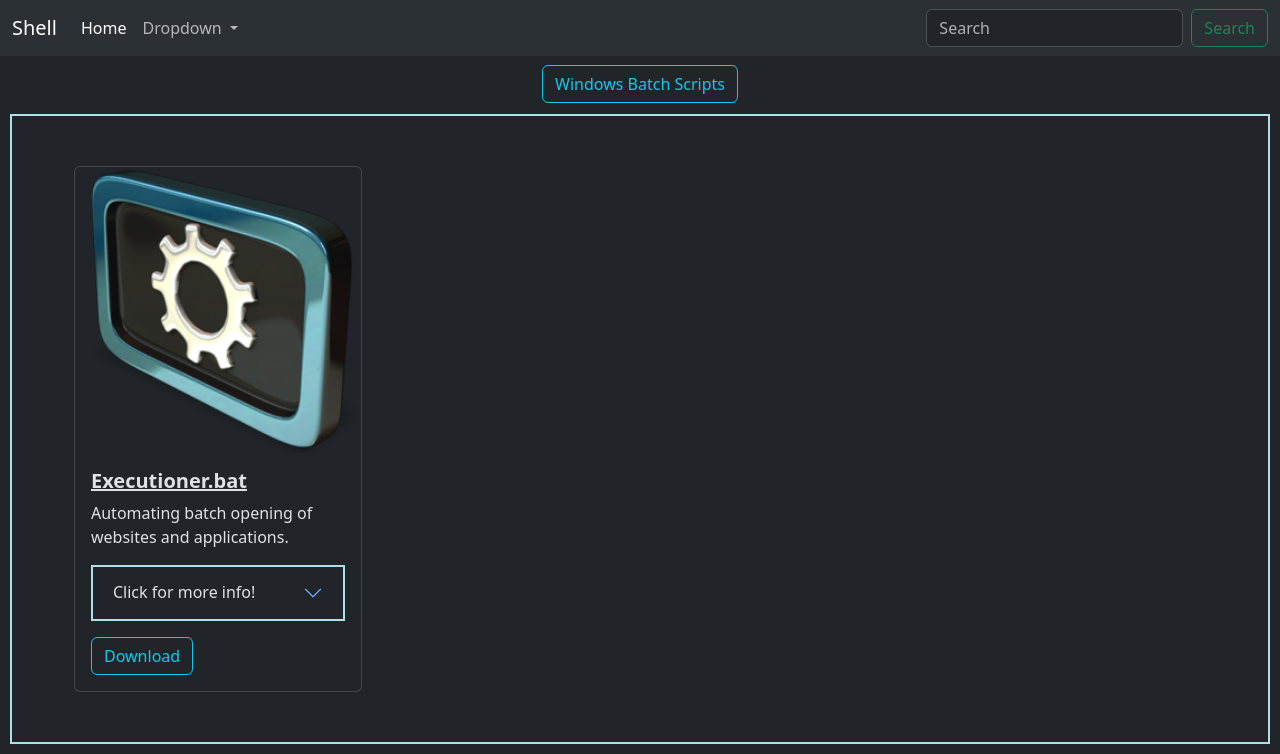
Repository: VictoriousMango/Archive
Page: index.html
An editor plug-in stored every save of this project. The page is shown before and after the next save, followed by the edit.
The browser window is 1280 px wide. The pictures show the whole page.

Above is the page before, as saved 2024-06-06 01:35:44.

### index.html
<!doctype html>
<html lang="en">
    <head>
        <meta charset="utf-8">
        <meta name="viewport" content="width=device-width, initial-scale=1">
        <title>Bootstrap demo</title>
        <link href="https://cdn.jsdelivr.net/npm/bootstrap@5.3.3/dist/css/bootstrap.min.css" rel="stylesheet" integrity="sha384-QWTKZyjpPEjISv5WaRU9OFeRpok6YctnYmDr5pNlyT2bRjXh0JMhjY6hW+ALEwIH" crossorigin="anonymous">    </head>
    <body data-bs-theme="dark">
        <!-- NavBar -->
        <nav class="navbar navbar-expand-lg bg-body-tertiary ">
            <div class="container-fluid">
                <a href="#" class="navbar-brand" role="button" onclick="Toggling()">Shell</a>
              <button class="navbar-toggler" type="button" data-bs-toggle="collapse" data-bs-target="#navbarSupportedContent" aria-controls="navbarSupportedContent" aria-expanded="false" aria-label="Toggle navigation">
                <span class="navbar-toggler-icon"></span>
              </button>
                <div class="collapse navbar-collapse" id="navbarSupportedContent">
                    <ul class="navbar-nav me-auto mb-2 mb-lg-0">
                    <li class="nav-item">
                        <a class="nav-link active" aria-current="page" href="#">Home</a>
                    </li>
                    <li class="nav-item dropdown">
                        <a class="nav-link dropdown-toggle" href="#" role="button" data-bs-toggle="dropdown" aria-expanded="false">
                        Dropdown
                        </a>
                        <ul class="dropdown-menu">
                        <li><a class="dropdown-item" href="#Batch">Windows Batch Scripts</a></li>
                        </ul>
                    </li>
                    </ul>
                    <form class="d-flex" role="search">
                        <input class="form-control me-2" type="search" placeholder="Search" aria-label="Search">
                        <button class="btn btn-outline-success" type="submit">Search</button>
                    </form>
                </div>
            </div>
        </nav>
        <!-- NavBar -->

        <!-- Windows Batch File -->
        <h1 style="text-align : center;" id="Batch"><button type="button" class="btn btn-outline-info">Windows Batch Scripts</button></h1>
        <div class="row" style="border: 2px solid powderblue; margin: 10px; padding: 50px;">
            <!-- First Card -->
            <div class="col">
                <div class="card" style="width: 18rem;">
                    <img src="Images\MS-DOS_Batch_File.png" class="card-img-top" alt="...">
                    <div class="card-body">
                        <h5 class="card-title"><b><u>Executioner.bat</u></b></h5>
                        <p class="card-text">
                            Automating batch opening of websites and applications.
                            <div class="accordion accordion-flush" id="accordionFlushExample">
                                <div class="accordion-item" style="border: 2px solid powderblue;">
                                  <h2 class="accordion-header">
                                    <button class="accordion-button collapsed" type="button" data-bs-toggle="collapse" data-bs-target="#flush-collapseOne" aria-expanded="false" aria-controls="flush-collapseOne">
                                      Click for more info!
                                    </button>
                                  </h2>
                                  <div id="flush-collapseOne" class="accordion-collapse collapse" data-bs-parent="#accordionFlushExample">
                                    <div class="accordion-body">
                                        <ul>
                                            <li>It will store different links in some sort of groups defined and structured by you.</li>
                                            <li>After creating groups, you can use this application to open multiple websites and applications in a batch simultaneously.</li>
                                            <li>This can be used as a productivity tool, for automating opening of few applications by entering just the name of group.</li>
                                        </ul>
                                    </div>
                                  </div>
                                </div>
                        </p>
                        <a href="Groups/Projects/Executioner.bat" class="btn btn-outline-info" download>Download</a>
                    </div>
                  </div>
            </div>
        </div>
        <!-- Windows Batch File -->

        <!-- Including JS -->
        <script src="https://cdn.jsdelivr.net/npm/bootstrap@5.3.3/dist/js/bootstrap.bundle.min.js" integrity="sha384-YvpcrYf0tY3lHB60NNkmXc5s9fDVZLESaAA55NDzOxhy9GkcIdslK1eN7N6jIeHz" crossorigin="anonymous"></script>
        <!-- JS for the web page -->
        <script>
            function Toggling() {
                console.log("Clicked the toggle button")
                console.log()
                var element = document.body;
                element.dataset.bsTheme = element.dataset.bsTheme=="light"?"dark":"light"
            }
        </script>
    </body>
</html>

After the next save:
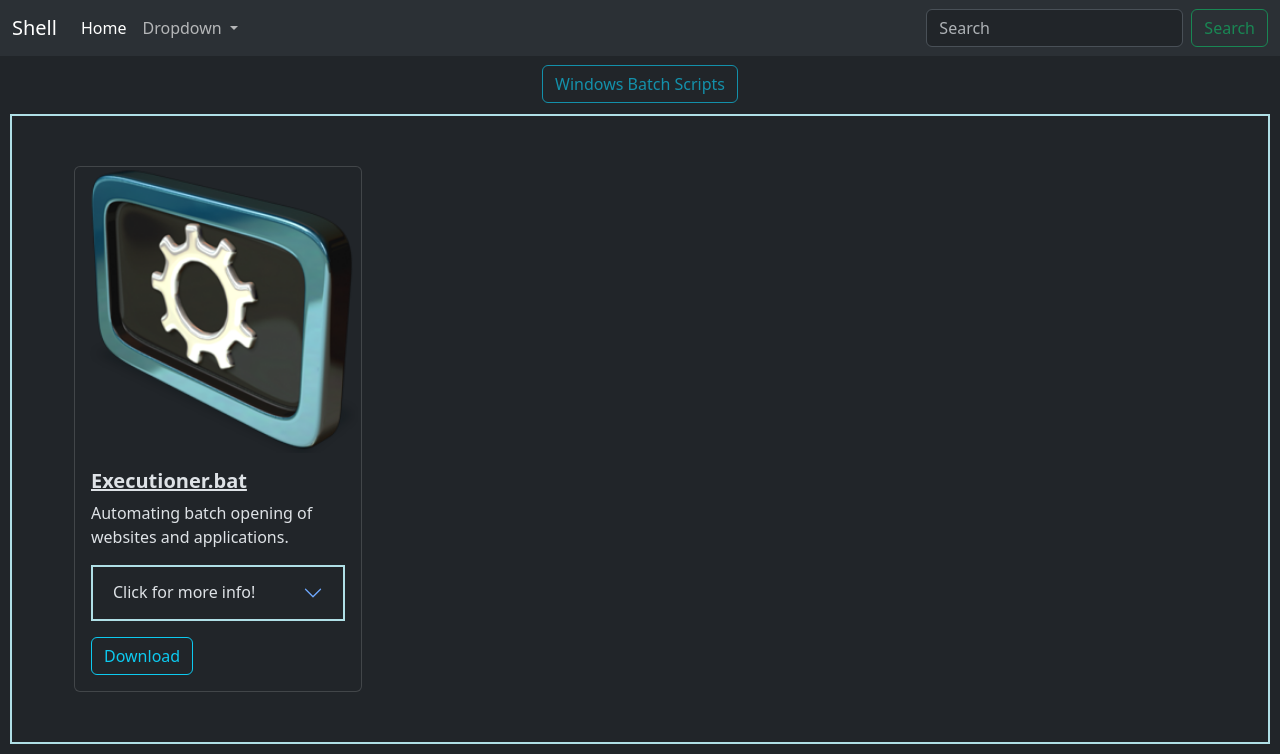
Saved 40 s later.
--- a/index.html
+++ b/index.html
@@ -37,7 +37,7 @@
         <!-- NavBar -->
 
         <!-- Windows Batch File -->
-        <h1 style="text-align : center;" id="Batch"><button type="button" class="btn btn-outline-info">Windows Batch Scripts</button></h1>
+        <h1 style="text-align : center;" id="Batch"><button type="button" class="btn btn-outline-info" disabled>Windows Batch Scripts</button></h1>
         <div class="row" style="border: 2px solid powderblue; margin: 10px; padding: 50px;">
             <!-- First Card -->
             <div class="col">
